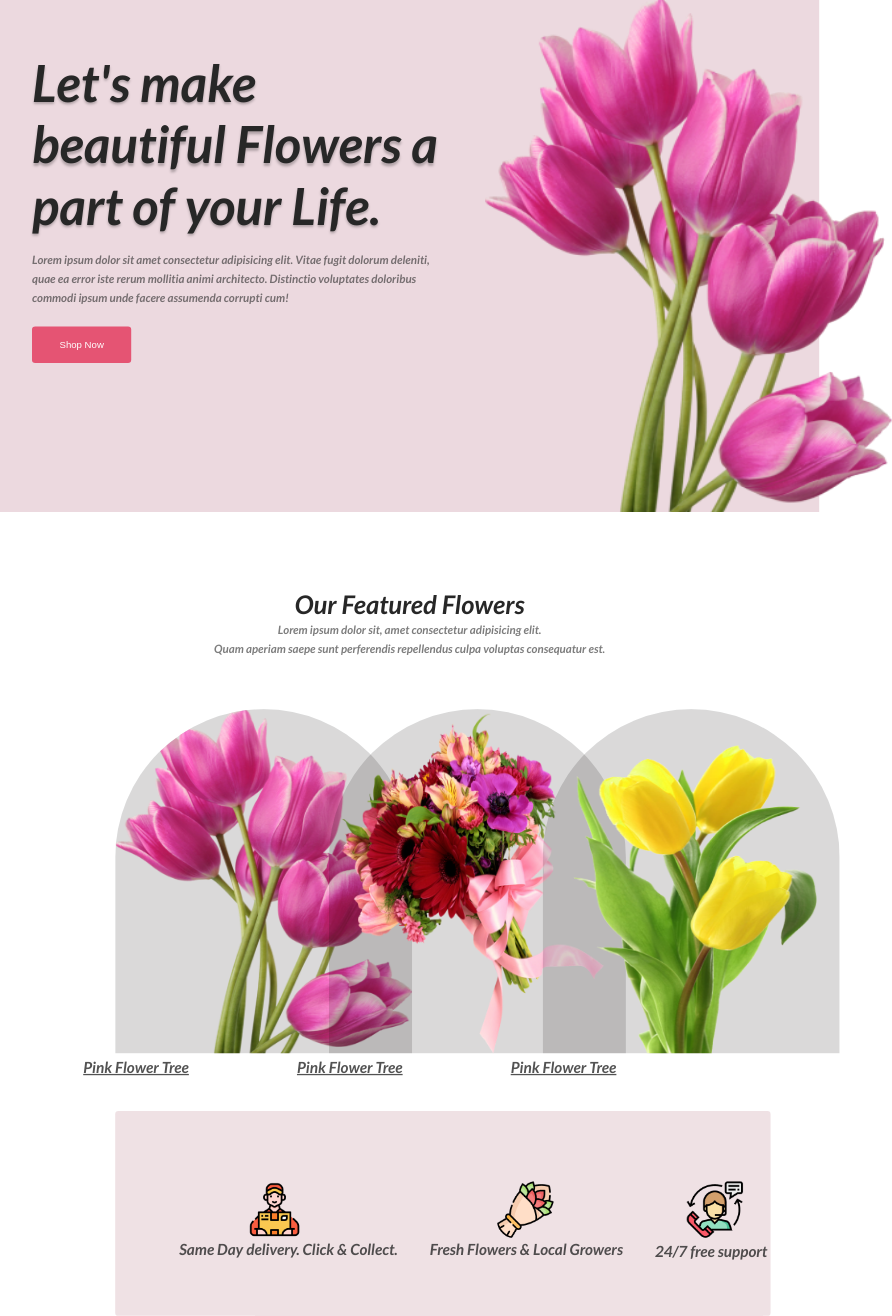
Repository: AnitaAkter/anita-flower-shop
Page: index.html
These files come from the project's save history. The page is drawn as it stood at one moment and after the next save; the edit follows.
The browser window is 1280 px wide. The page is 1393 px wide, so the pictures cover 1393 px, including what lies to the right of the window. The pictures show the whole page, at 64% of full size.

Above is the page before, as saved 2023-09-05 22:18:43.

### index.html
<!DOCTYPE html>
<html lang="en">

<head>
    <meta charset="UTF-8">
    <meta http-equiv="X-UA-Compatible" content="IE=edge">
    <meta name="viewport" content="width=device-width, initial-scale=1.0">
    <title>Anita's Flower Shop</title>
    <link rel="preconnect" href="https://fonts.googleapis.com">
    <link rel="preconnect" href="https://fonts.gstatic.com" crossorigin>
    <link href="https://fonts.googleapis.com/css2?family=Lato:ital,wght@1,700&display=swap" rel="stylesheet">
    <link rel="stylesheet" href="style.css">
</head>

<body>
    <div>
        <!-- /* Header -section start */ -->
        <header>
            <div class="header-intro">
                <h1>Let's make <br> beautiful Flowers a <br>part of your Life.</h1>
                <div class="header-p">
                    <p>Lorem ipsum dolor sit amet consectetur adipisicing elit. Vitae fugit dolorum deleniti, quae ea
                        error
                        iste rerum mollitia animi architecto. Distinctio voluptates doloribus commodi ipsum unde facere
                        assumenda corrupti cum!</p>
                </div>
                <button class="header-btn">Shop Now</button>
            </div>
            <div class="header-pic">
                <img src="images/pngwing 6.png" alt="">
            </div>
        </header>
        <!-- /* Header -section end */ -->
        <main>
            <div class="flowers-info">
                <h3>Our Featured Flowers</h3>
                <p>Lorem ipsum dolor sit, amet consectetur adipisicing elit. <br>
                    Quam aperiam saepe sunt perferendis repellendus culpa voluptas consequatur est.
                </p>
            </div>
            <div class="flowers-add">
                <div class="flowers-img">
                    <div class="flowers">
                        <img src="images/pngwing 6.png" alt="">
                        <p> <u>Pink Flower Tree</u> </p>
                    </div>
                    <div class="flowers">
                        <img src="images/pngwing 5.png" alt="">
                        <p><u>Pink Flower Tree</u></p>
                    </div>
                    <div class="flowers">
                        <img src="images/pngwing 7.png" alt="">
                        <p><u>Pink Flower Tree</u></p>
                    </div>

                </div>
            </div>






            <!-- Delivery section start -->
            <div class="delivery">
                <div class="delivery-img">
                    <div class="d-img">
                        <img src="images/Group 57.png" alt="">
                        <p>Same Day delivery. Click & Collect.</p>
                    </div>
                    <div class="d-img">
                        <img src="images/Group 58.png" alt="">
                        <p>Fresh Flowers & Local Growers</p>
                    </div>
                    <div>
                        <img src="images/Group 59.png" alt="">
                        <p>24/7 free support</p>
                    </div>
                </div>
            </div>
            <!-- Delivery section start -->
        </main>

    </div>
</body>

</html>

### style.css
/* Header -section start */

* {
    margin: 0;
    padding: 0;
    box-sizing: border-box;
}

body {
    font-family: 'Lato', sans-serif;
    font-weight: 900;
    width: 100%;
}

header {
    display: flex;
    background-color: hsl(342, 34%, 89%);
    width: 100%;
    height: 800px;
}

.header-intro {
    margin-top: 80px;
    margin-left: 50px;
    width: 708px;
    height: 506px;


}

.header-intro h1 {
    color: #272727;
    text-shadow: 0px 4px 4px rgba(0, 0, 0, 0.25);
    font-family: Lato;
    font-size: 80px;
    font-style: normal;
    font-weight: 800;
    line-height: normal;
    width: 708px;
    height: 310px;


}

.header-p {
    color: rgba(39, 39, 39, 0.60);
    font-family: Lato;
    font-size: 18px;
    font-style: normal;
    font-weight: 400;
    line-height: 30px;
    width: 634px;
    height: 120px;
    gap: 32px;



    /* 166.667% */
}

.header-btn {
    background-color: #E55473;
    border-radius: 5px;
    border: none;
    color: white;
    font-size: 15px;
    display: inline-flex;
    padding: 20px 43px;
    align-items: flex-start;
    gap: 10px;

}

.header-pic {
    width: 635px;
    height: 800px;
    margin-bottom: 0%;
    margin-right: auto;

}


.header-pic img {
    width: 635px;
    height: 800px;
    margin-bottom: 0%;
}

/* Header -section end */


/* flowers info styles */
.flowers-info {
    margin-top: 120px;
}

.flowers-info h3 {
    color: #272727;
    text-align: center;
    font-family: Lato;
    font-size: 40px;
    font-style: normal;
    font-weight: 800;
    line-height: normal;
}

.flowers-info p {
    color: rgba(39, 39, 39, 0.60);
    text-align: center;
    font-family: Lato;
    font-size: 18px;
    font-style: normal;
    font-weight: 400;
    line-height: 30px;
    /* 166.667% */
}


.flowers-add {
    margin-top: 80px;
    align-items: center;

    margin-bottom: 200px;
    margin-left: 180px;
    margin-right: 140px;

}

.flowers-img {
    display: flex;
    align-items: center;
    gap: 24px;

}

.flowers-img img {
    width: 464px;
    height: 538px;
    display: inline-flex;
    background-image: url('/images/Rectangle\ 3\ \(1\).png');
    align-content: center;
    border-radius: 300px 300px 0px 0px;
    background: rgba(9, 1, 5, 0.15);
    gap: 24px;

}

.flowers-img p {
    color: rgba(39, 39, 39, 0.80);

    font-family: Lato;
    font-size: 24px;
    font-style: normal;
    font-weight: 600;
    line-height: 35px;
    margin-left: -50px;
}

.flowers {

    width: 310px;
    height: 428px;
    flex-shrink: 0;
    align-content: center;

}





/* delivery section start */
.delivery {
    margin-top: 100px;
    margin-left: 180px;
    margin-right: 140px;
    background-color: #efe1e4;
    display: flex;
    width: 80%;
    height: 320px;
    border-radius: 5px;
    padding: 30px;
}

.delivery-img p {
    color: rgba(39, 39, 39, 0.80);

    font-family: Lato;
    font-size: 24px;
    font-style: normal;
    font-weight: 600;
    line-height: 35px;
    margin-left: -50px;


}

.delivery-img {
    display: inline-flex;
    margin-top: 80px;
    margin-left: 120px;
    gap: 100px;
    height: 30px;
    align-content: center;
    position: absolute;

}

.d-img img {
    display: grid;
    justify-content: center;
    margin-left: 55px;

}

After the next save:
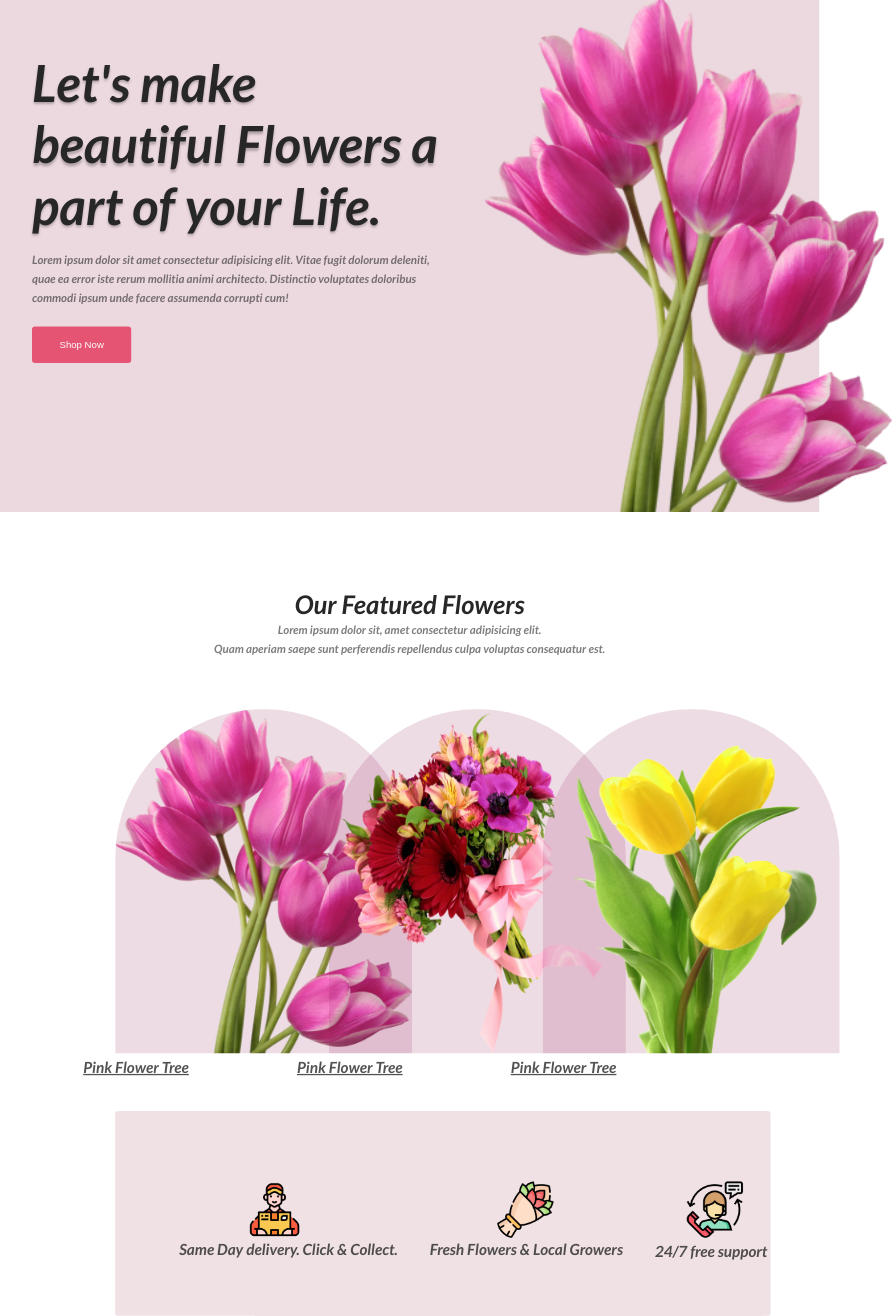
Saved 12 s later.
--- a/style.css
+++ b/style.css
@@ -140,7 +140,7 @@ header {
     background-image: url('/images/Rectangle\ 3\ \(1\).png');
     align-content: center;
     border-radius: 300px 300px 0px 0px;
-    background: rgba(9, 1, 5, 0.15);
+    background: rgba(139, 24, 81, 0.15);
     gap: 24px;
 
 }
